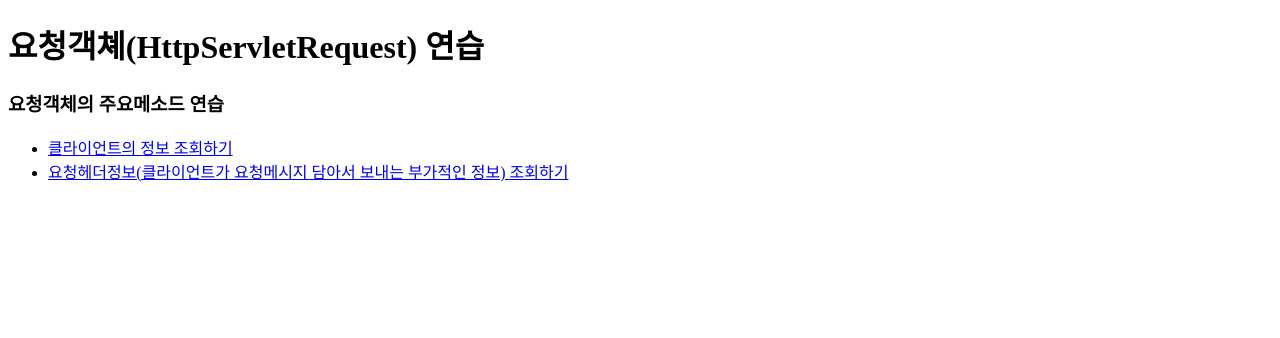
Repository: onuo77/ja_HTA
Page: http://localhost/sample/req/main.jsp
The author's editor kept a copy of each file at every save. The page is drawn from the files as they stood at one save, then again after the next save.
The browser window is 1280 px wide. The pictures show the whole page.
The page is served by Tomcat 9. Other server files are loaded and not shown.

Above is the page before, as saved 2021-05-20 02:20:45.

### java-web/sample/src/main/webapp/req/main.jsp
<%@ page language="java" contentType="text/html; charset=UTF-8"
    pageEncoding="UTF-8"%>
<!DOCTYPE html>
<html>
<head>
<meta charset="UTF-8">
<title>요청객체 익히기</title>
</head>
<body>
	<h1>요청객쳬(HttpServletRequest) 연습</h1>

	<h3>요청객체의 주요메소드 연습</h3>
	<ul>
		<li><a href="demo1.jsp">클라이언트의 정보 조회하기</a></li>
		<li><a href="demo2.jsp">요청헤더정보(클라이언트가 요청메시지 담아서 보내는 부가적인 정보) 조회하기</a></li>
	</ul>
</body>
</html>

After the next save:
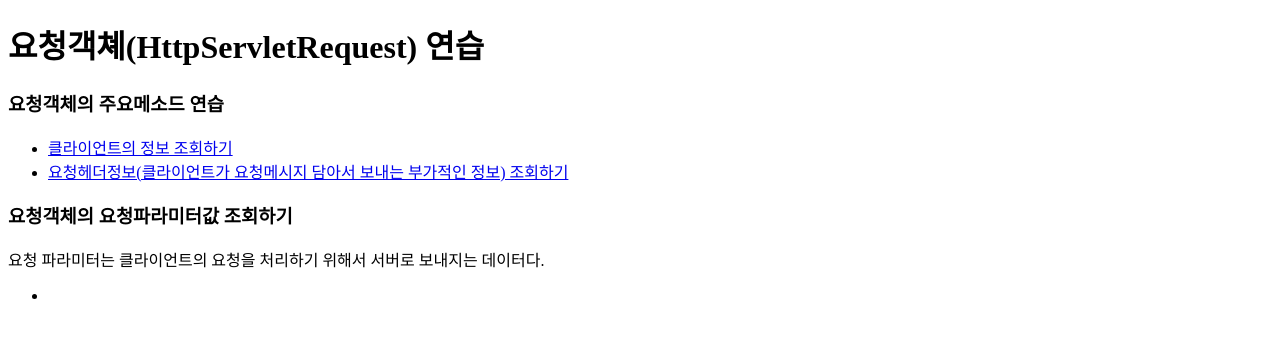
Saved 4 min 55 s later.
--- a/java-web/sample/src/main/webapp/req/main.jsp
+++ b/java-web/sample/src/main/webapp/req/main.jsp
@@ -14,5 +14,13 @@
 		<li><a href="demo1.jsp">클라이언트의 정보 조회하기</a></li>
 		<li><a href="demo2.jsp">요청헤더정보(클라이언트가 요청메시지 담아서 보내는 부가적인 정보) 조회하기</a></li>
 	</ul>
+
+	<h3>요청객체의 요청파라미터값 조회하기</h3>
+	<p>
+		요청 파라미터는 클라이언트의 요청을 처리하기 위해서 서버로 보내지는 데이터다.
+	</p>
+	<ul>
+		<li><a href=""></a></li>
+	</ul>
 </body>
 </html>
